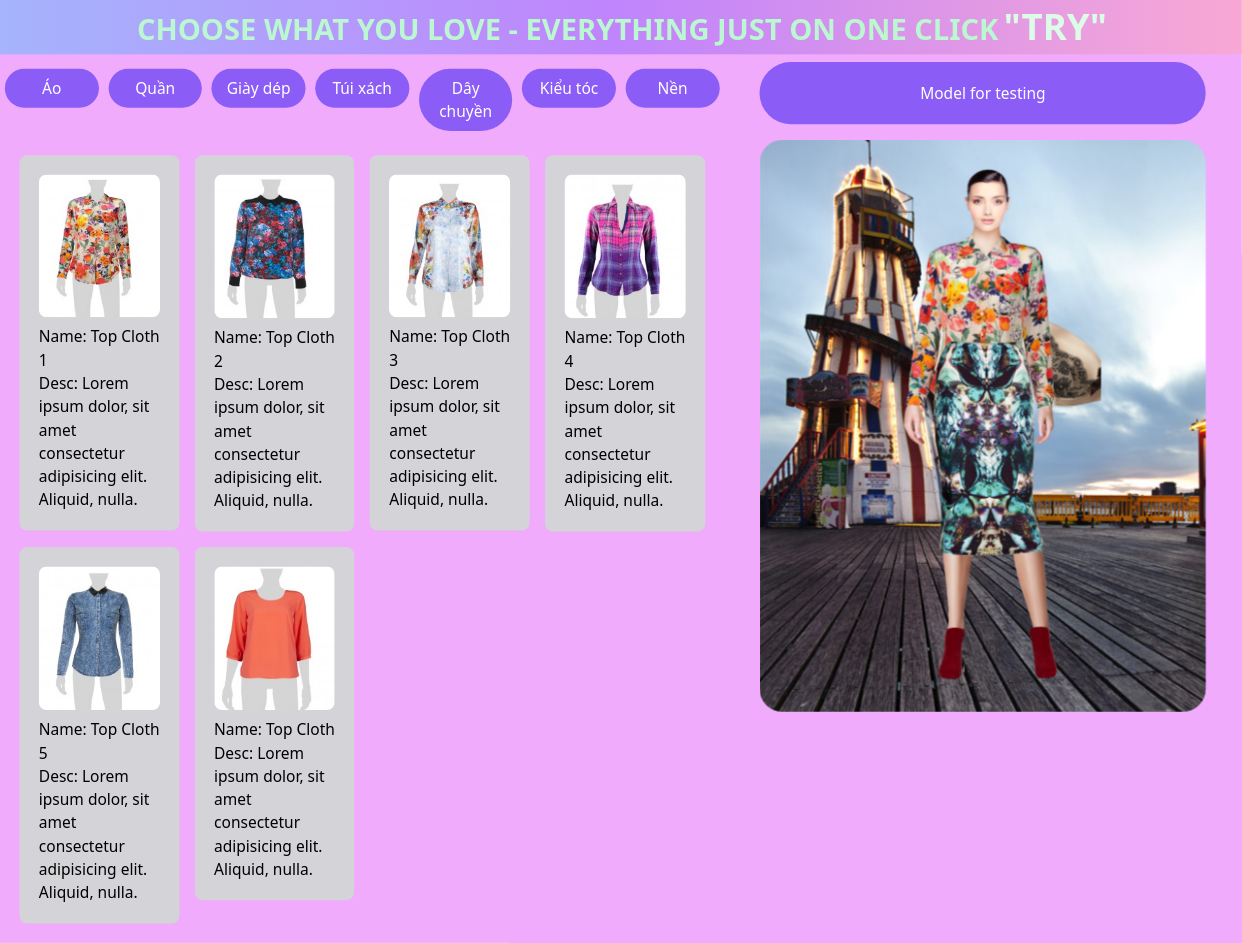
Repository: NguyenVietPhuQuy/ReactJs-TailWind-Redux-FunctionHook-ModelDesign
Page: / (app in modeldesign/)
An editor plug-in stored every save of this project. The page is shown before and after the next save, followed by the edit.
The browser window is 1280 px wide. The pictures show the whole page, at 97% of full size.
The project was rebuilt for these pictures with package versions that can differ from the ones it lists, and the page was loaded fresh each time. Also part of the build but not shown: modeldesign/src/App.css.

Above is the page before, as saved 2022-11-17 17:35:23.

After the next save:
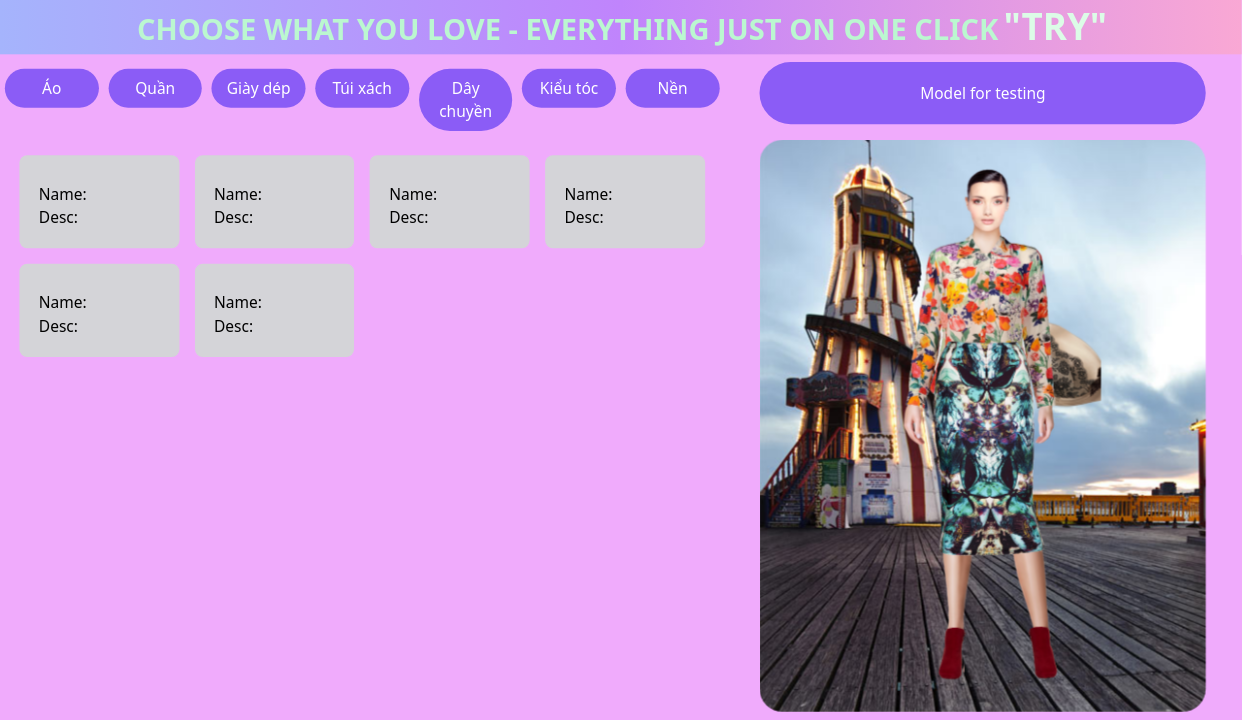
Saved 42 s later.
--- a/modeldesign/src/Components/ProductItem.js
+++ b/modeldesign/src/Components/ProductItem.js
@@ -1,6 +1,6 @@
 import React from "react";
 function ProductItem(props) {
-    const {desc,name,imgSrc_jpg} = props.items
+    const {desc,name,imgSrc_jpg} = props
     return (
         <div className="card hover:bg-zinc-400  bg-zinc-300 rounded-lg p-5 ease-in duration-100">
             <img alt="" src={imgSrc_jpg} className="rounded-lg flex-shrink-0 w-full"></img>

After the save that followed:
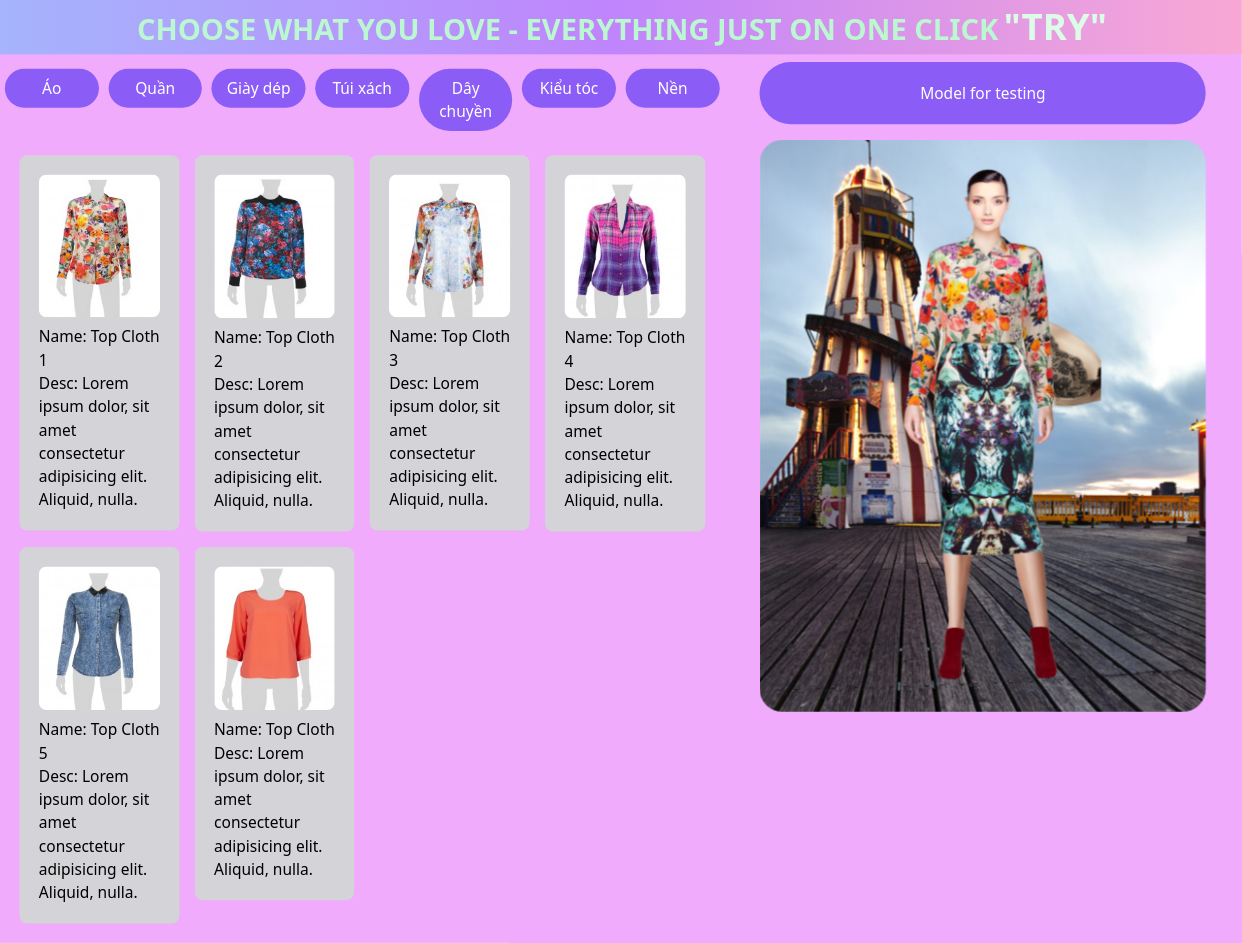
Saved 4 s later.
--- a/modeldesign/src/Components/ProductItem.js
+++ b/modeldesign/src/Components/ProductItem.js
@@ -1,6 +1,6 @@
 import React from "react";
 function ProductItem(props) {
-    const {desc,name,imgSrc_jpg} = props
+    const {desc,name,imgSrc_jpg} = props.items
     return (
         <div className="card hover:bg-zinc-400  bg-zinc-300 rounded-lg p-5 ease-in duration-100">
             <img alt="" src={imgSrc_jpg} className="rounded-lg flex-shrink-0 w-full"></img>
